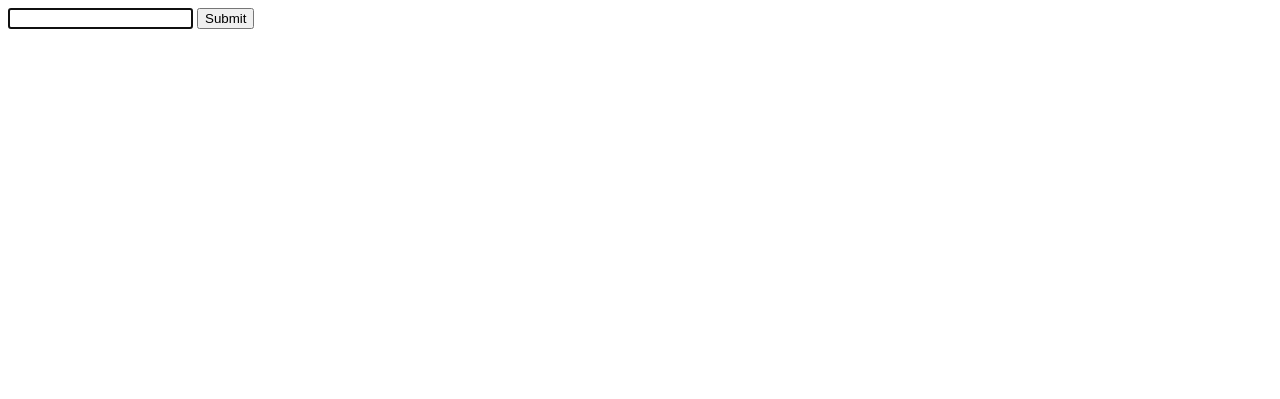
Repository: jn222rv/1dv403-laborationer
Page: 4-thequiz/index.html
The author's editor kept a record of every edit. The page is drawn from the files as they stood at one moment, then again after the next edit.
The browser window is 1280 px wide. The pictures show the whole page.
The page's requests for data from a server got no answer.

Above is the page before.
Console error: TypeError: Cannot set properties of null (setting 'innerHTML')

After the next edit:
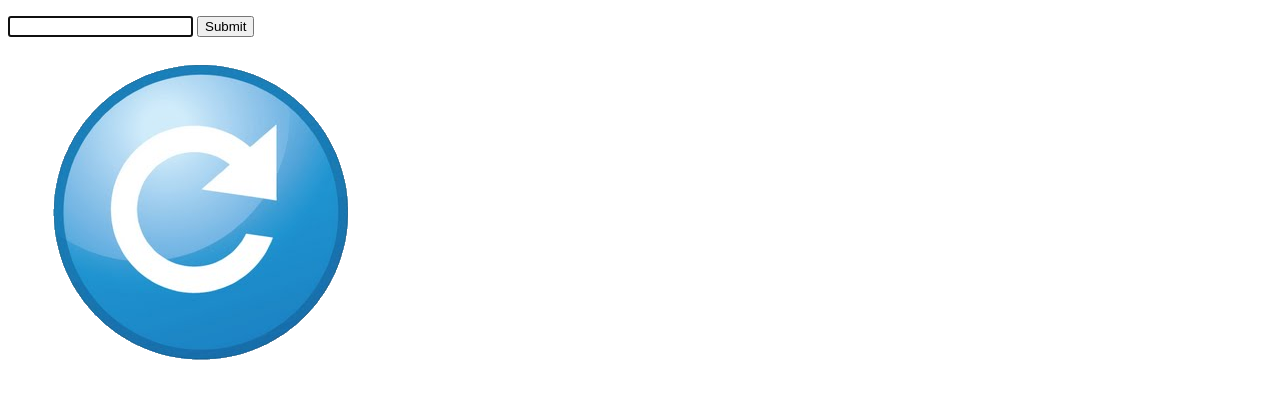
The error is gone.
The edit:
--- a/4-thequiz/index.html
+++ b/4-thequiz/index.html
@@ -6,10 +6,12 @@
     </head>
     <body>
         <div id="main">
-        <form method="" action="">
-            <input type="text" name="answer"/>
-            <input type="submit" value="Submit"/>
-        </form>
+            <p id="question"></p>
+            <form method="" action="">
+                <input type="text" name="answer"/>
+                <input type="submit" value="Submit"/>
+            </form>
+        </div>
         <script type="text/javascript" src="js/quiz.js"></script>
         <script type="text/javascript" src="js/basic.js"></script>
     </body>
